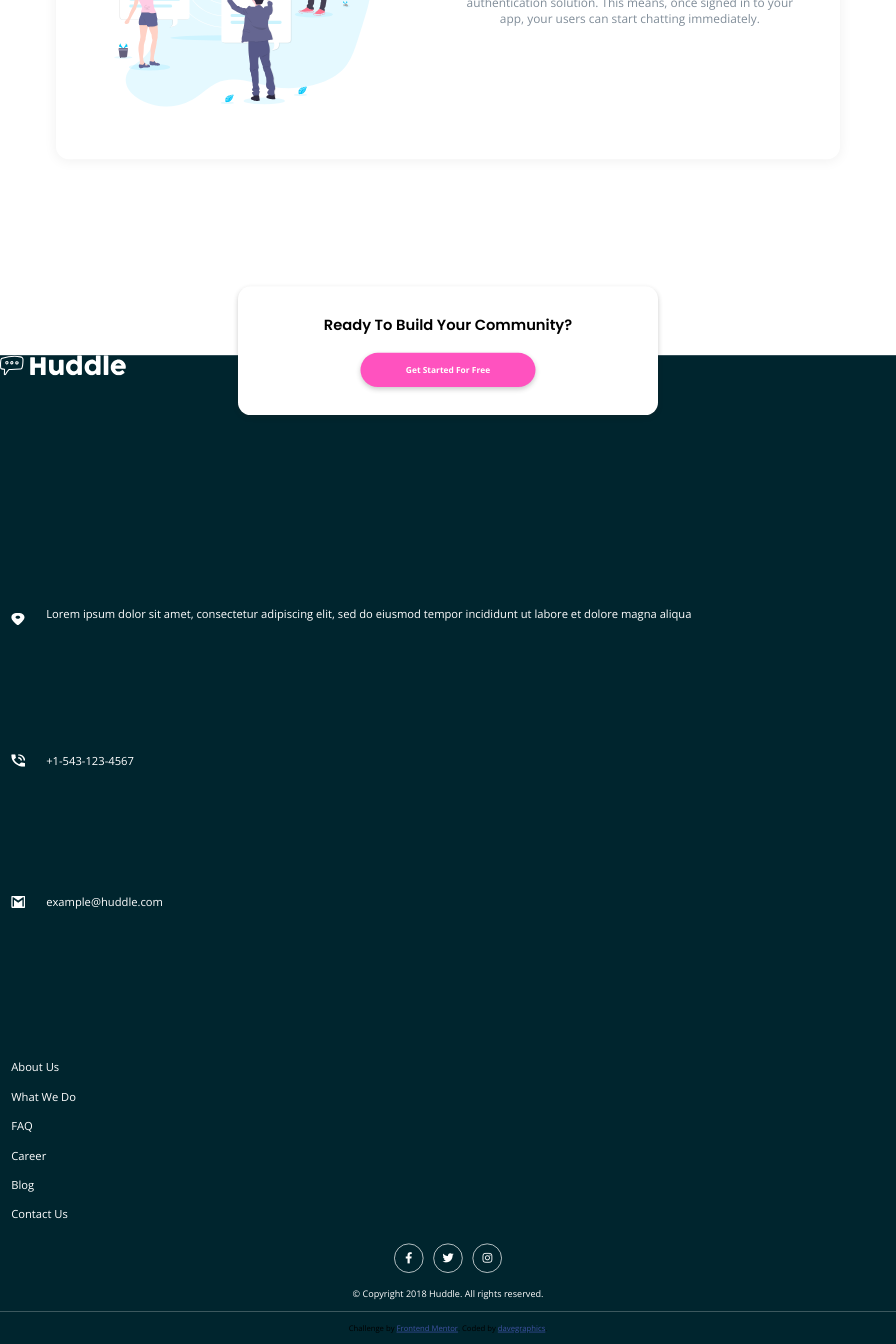
Repository: DejV44/Huddle-landing-page
Page: index.html
The author's editor kept a copy of each file at every save. The page is drawn from the files as they stood at one save, then again after the next save.
The browser window is 1280 px wide. The pictures show the part of the page from y = 1829 to 3749 px (the page is 3749 px tall before and 3299 px after), at 70% of full size.
The style sheet was rebuilt from its Sass, Less or Tailwind sources for each picture, by a compiler version that may differ from the author's.

Above is the page before, as saved 2021-08-22 14:16:58.

After the next save:
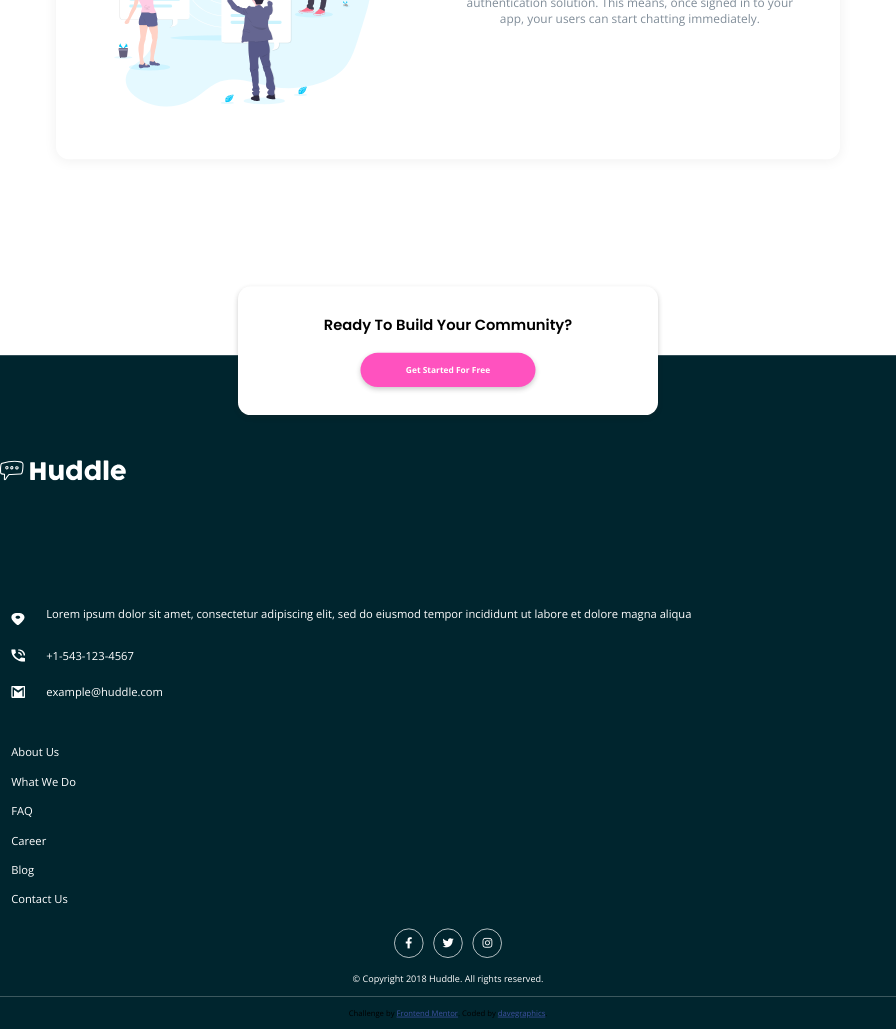
Saved 16 s later.
--- a/css/_footer.scss
+++ b/css/_footer.scss
@@ -4,7 +4,7 @@ footer {
     img {
              width: 180px;
              padding-bottom: 1.5rem;
-             margin-bottom: 150px;
+             margin-top: 150px;
          }
      .section1 {
          padding: 150px 1rem 2rem 1rem;
